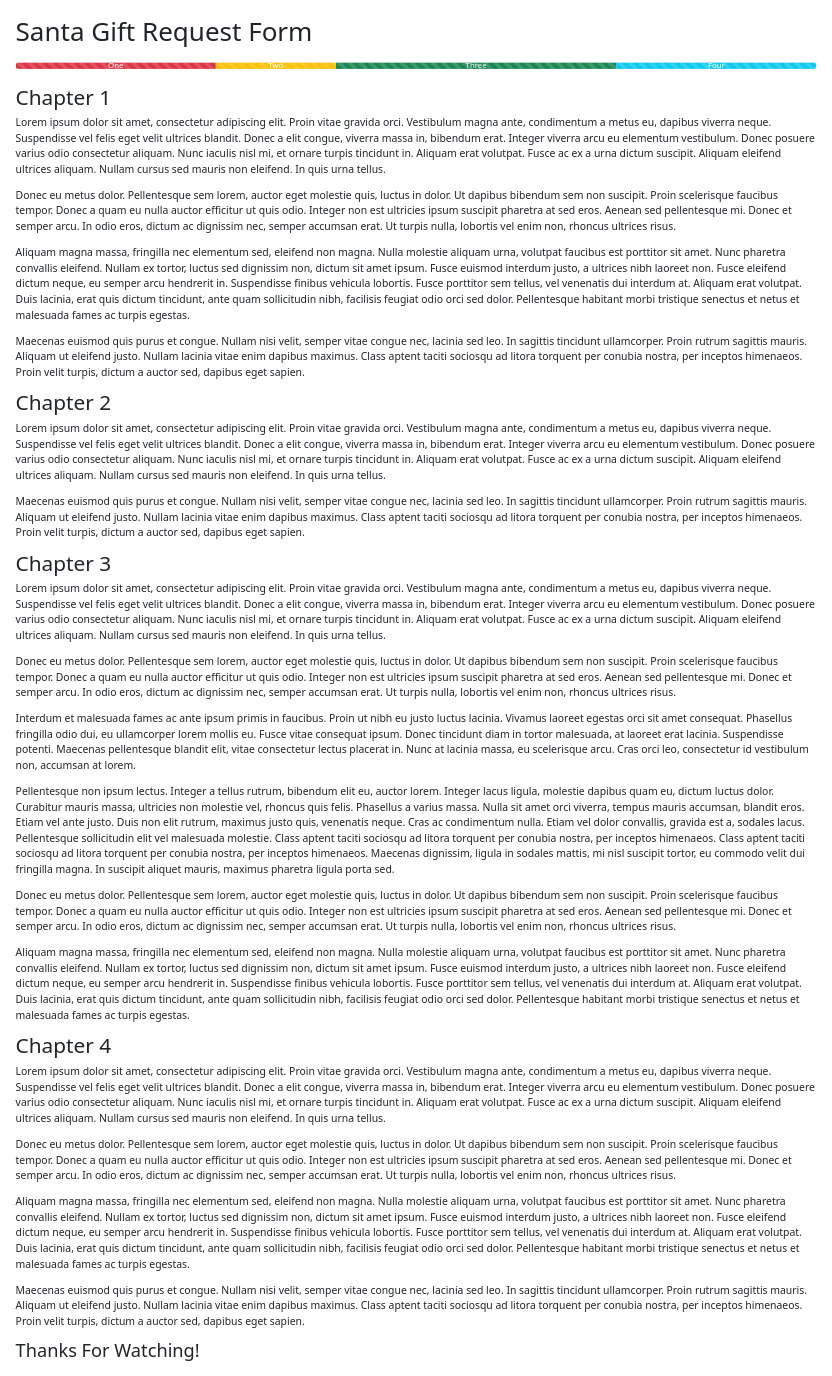
Repository: sarahlochhead/check-santas-list
Page: index.html
The author's editor kept a copy of each file at every save. The page is drawn from the files as they stood at one save, then again after the next save.
The browser window is 1280 px wide. The pictures show the whole page, at 65% of full size.

Above is the page before, as saved 2022-11-25 21:25:30.

### index.html
<!DOCTYPE html>
<html lang="en">
<head>
    <meta charset="utf-8">
    <meta name="viewport" content="width=device-width, initial-scale=1, shrink-to-fit=no">
    <title>Progress Bar | Bootstrap</title>
    <!-- The purpose of progress bars is to show something is loading, in progress, or action taking place with elements on the page. -->
    <!-- STEP 1: Link to Bootstrap CSS -->
    <link href="https://cdn.jsdelivr.net/npm/bootstrap@5.2.3/dist/css/bootstrap.min.css"  rel="stylesheet" integrity="sha384-rbsA2VBKQhggwzxH7pPCaAqO46MgnOM80zW1RWuH61DGLwZJEdK2Kadq2F9CUG65" crossorigin="anonymous">
</head>
<body class="m-4">
    <!-- STEP 3: Review the HTML for the page -->
    <main>
        <h1>Santa Gift Request Form</h1>

        <form>



        </form>
        <!-- STEP 4: Create a div and add .progress and some top and bottom margin -->
        <div class="progress mt-4 mb-4 sticky-top" style="height: 10px;">
            <!-- STEP 5: Create another div .progress-bar. Add the appropriate roles and aria attributes (b/c this is not the HTML5 semantic element <progress>)-->
            <div class="progress-bar bg-danger progress-bar-striped progress-bar-animated" role="progressbar" aria-label="Long Read Progress Bar" style="width:25%" aria-valuenow="25" aria-valuemin="0" aria-valuemax="100">One</div>
            <!-- STEP 6: Change the value of width property to 50% percentage and see what happens Note: The aria-valuenow should also be changed -->
            <!-- STEP 7: Add a label to the progress-bar adding text in the div -->
            <!-- STEP 8: Add a bootstrap background color to the progress-bar (bg-success bg-info bg-warning) -->
            <!-- STEP 9: Try adding a bootstrap class of .progress-bar-striped and .progress-bar-animated to the .progress-bar -->
            <!-- STEP 10: Create three more inner divs .progress bar and change the color and width. (copy/paste) -->
            <div class="progress-bar bg-warning progress-bar-striped progress-bar-animated" role="progressbar" aria-label="Long Read Progress Bar" style="width:15%" aria-valuenow="15" aria-valuemin="0" aria-valuemax="100">Two</div>
            <div class="progress-bar bg-success progress-bar-striped progress-bar-animated" role="progressbar" aria-label="Long Read Progress Bar" style="width:35%" aria-valuenow="35" aria-valuemin="0" aria-valuemax="100">Three</div>
            <div class="progress-bar bg-info progress-bar-striped progress-bar-animated" role="progressbar" aria-label="Long Read Progress Bar" style="width:25%" aria-valuenow="25" aria-valuemin="0" aria-valuemax="100">Four</div>
            <!-- STEP 11: Set a height on the div.progress -->
            <!-- STEP 12: give the the div.progress a position class .sticky-top -->
        </div> <!-- .progress -->
        <section id="chapter1">
            <h2>Chapter 1</h2>
            <p>
                Lorem ipsum dolor sit amet, consectetur adipiscing elit. Proin vitae gravida orci. Vestibulum magna
                ante, condimentum a metus eu, dapibus viverra neque. Suspendisse vel felis eget velit ultrices blandit.
                Donec a elit congue, viverra massa in, bibendum erat. Integer viverra arcu eu elementum vestibulum.
                Donec posuere varius odio consectetur aliquam. Nunc iaculis nisl mi, et ornare turpis tincidunt in.
                Aliquam erat volutpat. Fusce ac ex a urna dictum suscipit. Aliquam eleifend ultrices aliquam. Nullam
                cursus sed mauris non eleifend. In quis urna tellus.
            </p>
            <p>
                Donec eu metus dolor. Pellentesque sem lorem, auctor eget molestie quis, luctus in dolor. Ut dapibus
                bibendum sem non suscipit. Proin scelerisque faucibus tempor. Donec a quam eu nulla auctor efficitur ut
                quis odio. Integer non est ultricies ipsum suscipit pharetra at sed eros. Aenean sed pellentesque mi.
                Donec et semper arcu. In odio eros, dictum ac dignissim nec, semper accumsan erat. Ut turpis nulla,
                lobortis vel enim non, rhoncus ultrices risus.
            </p>
            <p>
                Aliquam magna massa, fringilla nec elementum sed, eleifend non magna. Nulla molestie aliquam urna,
                volutpat faucibus est porttitor sit amet. Nunc pharetra convallis eleifend. Nullam ex tortor, luctus sed
                dignissim non, dictum sit amet ipsum. Fusce euismod interdum justo, a ultrices nibh laoreet non. Fusce
                eleifend dictum neque, eu semper arcu hendrerit in. Suspendisse finibus vehicula lobortis. Fusce
                porttitor sem tellus, vel venenatis dui interdum at. Aliquam erat volutpat. Duis lacinia, erat quis
                dictum tincidunt, ante quam sollicitudin nibh, facilisis feugiat odio orci sed dolor. Pellentesque
                habitant morbi tristique senectus et netus et malesuada fames ac turpis egestas.
            </p>
            <p>
                Maecenas euismod quis purus et congue. Nullam nisi velit, semper vitae congue nec, lacinia sed leo. In
                sagittis tincidunt ullamcorper. Proin rutrum sagittis mauris. Aliquam ut eleifend justo. Nullam lacinia
                vitae enim dapibus maximus. Class aptent taciti sociosqu ad litora torquent per conubia nostra, per
                inceptos himenaeos. Proin velit turpis, dictum a auctor sed, dapibus eget sapien.
            </p>
        </section>
        <section id="chapter2">
            <h2>Chapter 2</h2>
            <p>
                Lorem ipsum dolor sit amet, consectetur adipiscing elit. Proin vitae gravida orci. Vestibulum magna
                ante, condimentum a metus eu, dapibus viverra neque. Suspendisse vel felis eget velit ultrices blandit.
                Donec a elit congue, viverra massa in, bibendum erat. Integer viverra arcu eu elementum vestibulum.
                Donec posuere varius odio consectetur aliquam. Nunc iaculis nisl mi, et ornare turpis tincidunt in.
                Aliquam erat volutpat. Fusce ac ex a urna dictum suscipit. Aliquam eleifend ultrices aliquam. Nullam
                cursus sed mauris non eleifend. In quis urna tellus.
            </p>
            <p>
                Maecenas euismod quis purus et congue. Nullam nisi velit, semper vitae congue nec, lacinia sed leo. In
                sagittis tincidunt ullamcorper. Proin rutrum sagittis mauris. Aliquam ut eleifend justo. Nullam lacinia
                vitae enim dapibus maximus. Class aptent taciti sociosqu ad litora torquent per conubia nostra, per
                inceptos himenaeos. Proin velit turpis, dictum a auctor sed, dapibus eget sapien.
            </p>
        </section>
        <section id="chapter3">
            <h2>Chapter 3</h2>
            <p>
                Lorem ipsum dolor sit amet, consectetur adipiscing elit. Proin vitae gravida orci. Vestibulum magna
                ante, condimentum a metus eu, dapibus viverra neque. Suspendisse vel felis eget velit ultrices blandit.
                Donec a elit congue, viverra massa in, bibendum erat. Integer viverra arcu eu elementum vestibulum.
                Donec posuere varius odio consectetur aliquam. Nunc iaculis nisl mi, et ornare turpis tincidunt in.
                Aliquam erat volutpat. Fusce ac ex a urna dictum suscipit. Aliquam eleifend ultrices aliquam. Nullam
                cursus sed mauris non eleifend. In quis urna tellus.
            </p>
            <p>
                Donec eu metus dolor. Pellentesque sem lorem, auctor eget molestie quis, luctus in dolor. Ut dapibus
                bibendum sem non suscipit. Proin scelerisque faucibus tempor. Donec a quam eu nulla auctor efficitur ut
                quis odio. Integer non est ultricies ipsum suscipit pharetra at sed eros. Aenean sed pellentesque mi.
                Donec et semper arcu. In odio eros, dictum ac dignissim nec, semper accumsan erat. Ut turpis nulla,
                lobortis vel enim non, rhoncus ultrices risus.
            </p>
            <p>
                Interdum et malesuada fames ac ante ipsum primis in faucibus. Proin ut nibh eu justo luctus lacinia. Vivamus laoreet egestas orci sit amet consequat. Phasellus fringilla odio dui, eu ullamcorper lorem mollis eu. Fusce vitae consequat ipsum. Donec tincidunt diam in tortor malesuada, at laoreet erat lacinia. Suspendisse potenti. Maecenas pellentesque blandit elit, vitae consectetur lectus placerat in. Nunc at lacinia massa, eu scelerisque arcu. Cras orci leo, consectetur id vestibulum non, accumsan at lorem.
            </p>
            <p>
                Pellentesque non ipsum lectus. Integer a tellus rutrum, bibendum elit eu, auctor lorem. Integer lacus ligula, molestie dapibus quam eu, dictum luctus dolor. Curabitur mauris massa, ultricies non molestie vel, rhoncus quis felis. Phasellus a varius massa. Nulla sit amet orci viverra, tempus mauris accumsan, blandit eros. Etiam vel ante justo. Duis non elit rutrum, maximus justo quis, venenatis neque. Cras ac condimentum nulla. Etiam vel dolor convallis, gravida est a, sodales lacus. Pellentesque sollicitudin elit vel malesuada molestie. Class aptent taciti sociosqu ad litora torquent per conubia nostra, per inceptos himenaeos. Class aptent taciti sociosqu ad litora torquent per conubia nostra, per inceptos himenaeos. Maecenas dignissim, ligula in sodales mattis, mi nisl suscipit tortor, eu commodo velit dui fringilla magna. In suscipit aliquet mauris, maximus pharetra ligula porta sed.
            </p>
            <p>
                Donec eu metus dolor. Pellentesque sem lorem, auctor eget molestie quis, luctus in dolor. Ut dapibus
                bibendum sem non suscipit. Proin scelerisque faucibus tempor. Donec a quam eu nulla auctor efficitur ut
                quis odio. Integer non est ultricies ipsum suscipit pharetra at sed eros. Aenean sed pellentesque mi.
                Donec et semper arcu. In odio eros, dictum ac dignissim nec, semper accumsan erat. Ut turpis nulla,
                lobortis vel enim non, rhoncus ultrices risus.
            </p>
            <p>
                Aliquam magna massa, fringilla nec elementum sed, eleifend non magna. Nulla molestie aliquam urna,
                volutpat faucibus est porttitor sit amet. Nunc pharetra convallis eleifend. Nullam ex tortor, luctus sed
                dignissim non, dictum sit amet ipsum. Fusce euismod interdum justo, a ultrices nibh laoreet non. Fusce
                eleifend dictum neque, eu semper arcu hendrerit in. Suspendisse finibus vehicula lobortis. Fusce
                porttitor sem tellus, vel venenatis dui interdum at. Aliquam erat volutpat. Duis lacinia, erat quis
                dictum tincidunt, ante quam sollicitudin nibh, facilisis feugiat odio orci sed dolor. Pellentesque
                habitant morbi tristique senectus et netus et malesuada fames ac turpis egestas.
            </p>
        </section>
        <section id="chapter4">
            <h2>Chapter 4</h2>
            <p>
                Lorem ipsum dolor sit amet, consectetur adipiscing elit. Proin vitae gravida orci. Vestibulum magna
                ante, condimentum a metus eu, dapibus viverra neque. Suspendisse vel felis eget velit ultrices blandit.
                Donec a elit congue, viverra massa in, bibendum erat. Integer viverra arcu eu elementum vestibulum.
                Donec posuere varius odio consectetur aliquam. Nunc iaculis nisl mi, et ornare turpis tincidunt in.
                Aliquam erat volutpat. Fusce ac ex a urna dictum suscipit. Aliquam eleifend ultrices aliquam. Nullam
                cursus sed mauris non eleifend. In quis urna tellus.
            </p>
            <p>
                Donec eu metus dolor. Pellentesque sem lorem, auctor eget molestie quis, luctus in dolor. Ut dapibus
                bibendum sem non suscipit. Proin scelerisque faucibus tempor. Donec a quam eu nulla auctor efficitur ut
                quis odio. Integer non est ultricies ipsum suscipit pharetra at sed eros. Aenean sed pellentesque mi.
                Donec et semper arcu. In odio eros, dictum ac dignissim nec, semper accumsan erat. Ut turpis nulla,
                lobortis vel enim non, rhoncus ultrices risus.
            </p>
            <p>
                Aliquam magna massa, fringilla nec elementum sed, eleifend non magna. Nulla molestie aliquam urna,
                volutpat faucibus est porttitor sit amet. Nunc pharetra convallis eleifend. Nullam ex tortor, luctus sed
                dignissim non, dictum sit amet ipsum. Fusce euismod interdum justo, a ultrices nibh laoreet non. Fusce
                eleifend dictum neque, eu semper arcu hendrerit in. Suspendisse finibus vehicula lobortis. Fusce
                porttitor sem tellus, vel venenatis dui interdum at. Aliquam erat volutpat. Duis lacinia, erat quis
                dictum tincidunt, ante quam sollicitudin nibh, facilisis feugiat odio orci sed dolor. Pellentesque
                habitant morbi tristique senectus et netus et malesuada fames ac turpis egestas.
            </p>
            <p>
                Maecenas euismod quis purus et congue. Nullam nisi velit, semper vitae congue nec, lacinia sed leo. In
                sagittis tincidunt ullamcorper. Proin rutrum sagittis mauris. Aliquam ut eleifend justo. Nullam lacinia
                vitae enim dapibus maximus. Class aptent taciti sociosqu ad litora torquent per conubia nostra, per
                inceptos himenaeos. Proin velit turpis, dictum a auctor sed, dapibus eget sapien.
            </p>
        </section>
        <footer id="end">
            <h3>Thanks For Watching!</h3>
        </footer>
    </main>
    <!-- STEP 2: Link to Bootstrap JS -->
    <script src="https://cdn.jsdelivr.net/npm/bootstrap@5.2.3/dist/js/bootstrap.bundle.min.js"></script>
</body>
</html>

After the next save:
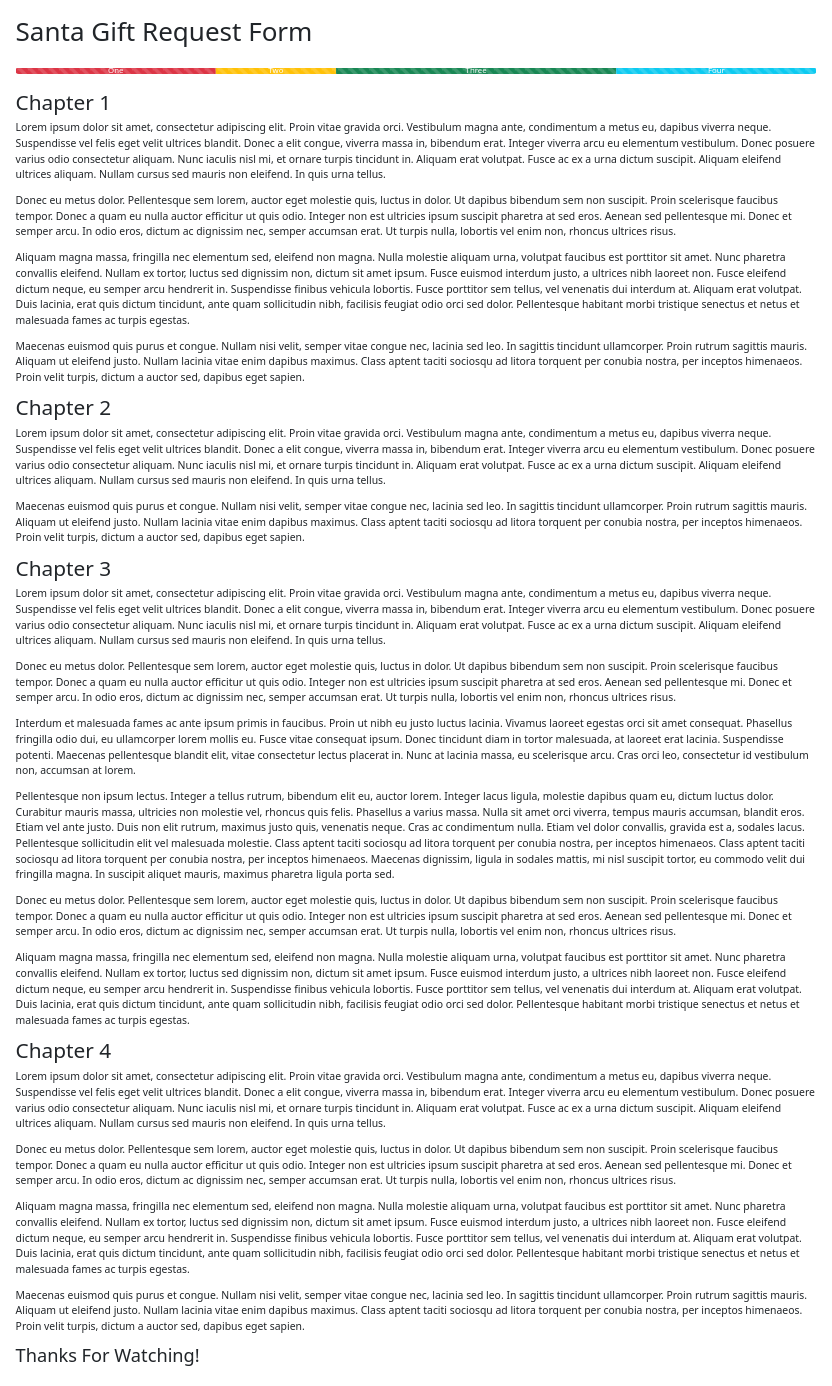
Saved 9 s later.
--- a/index.html
+++ b/index.html
@@ -14,7 +14,7 @@
         <h1>Santa Gift Request Form</h1>
 
         <form>
-
+            <label
 
 
         </form>
